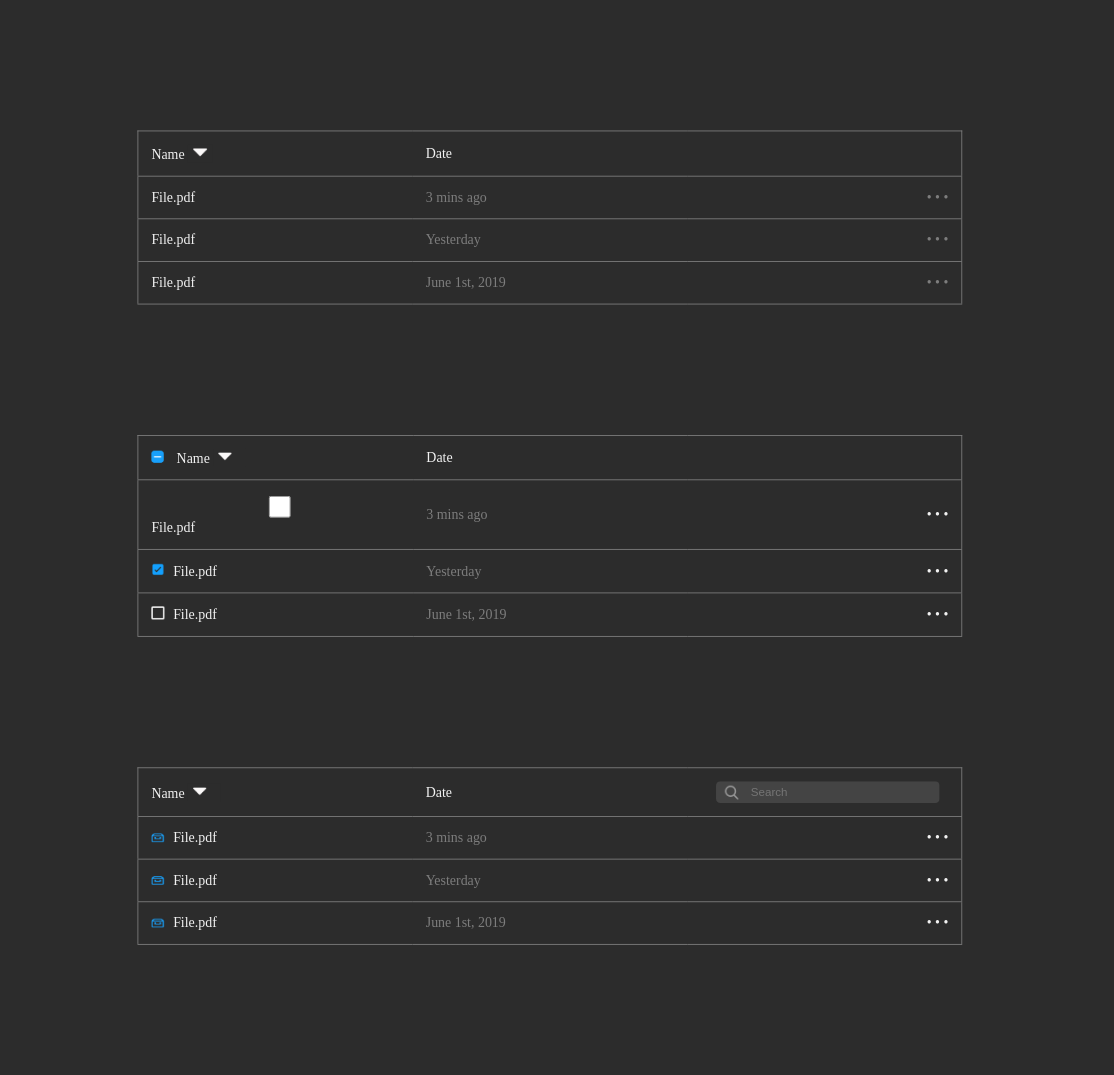
Repository: batonAnton/Hw5-table
Page: index.html
The author's editor kept a copy of each file at every save. The page is drawn from the files as they stood at one save, then again after the next save.
The browser window is 1280 px wide. The pictures show the whole page, at 87% of full size.

Above is the page before, as saved 2022-06-14 13:03:19.

After the next save:
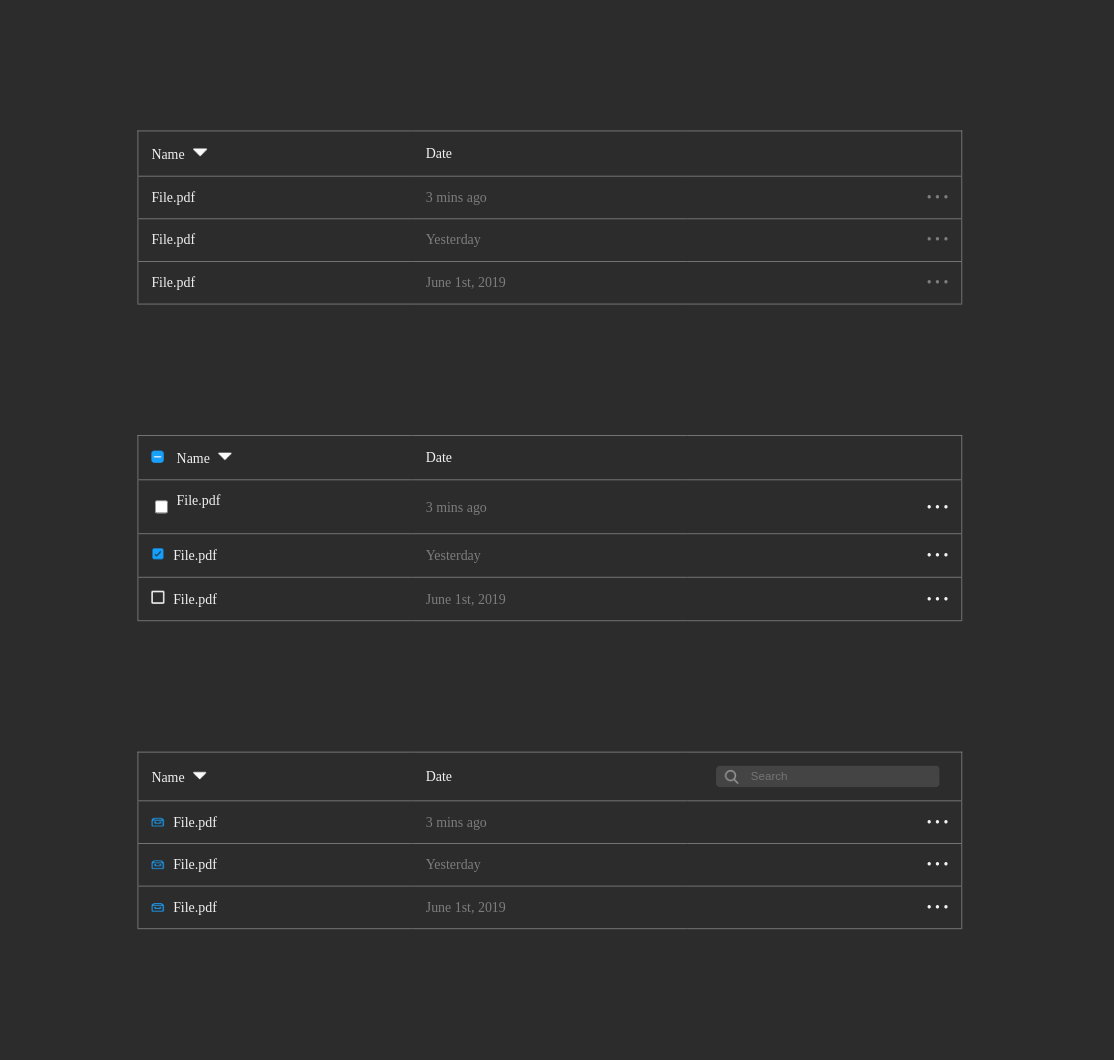
Saved 19 s later.
--- a/css/style.css
+++ b/css/style.css
@@ -63,3 +63,8 @@ input {
   padding-left: -26px;
   width: 257px;
 }
+
+.checkbox-fields{
+  width: 15px;
+  float: left;
+}
